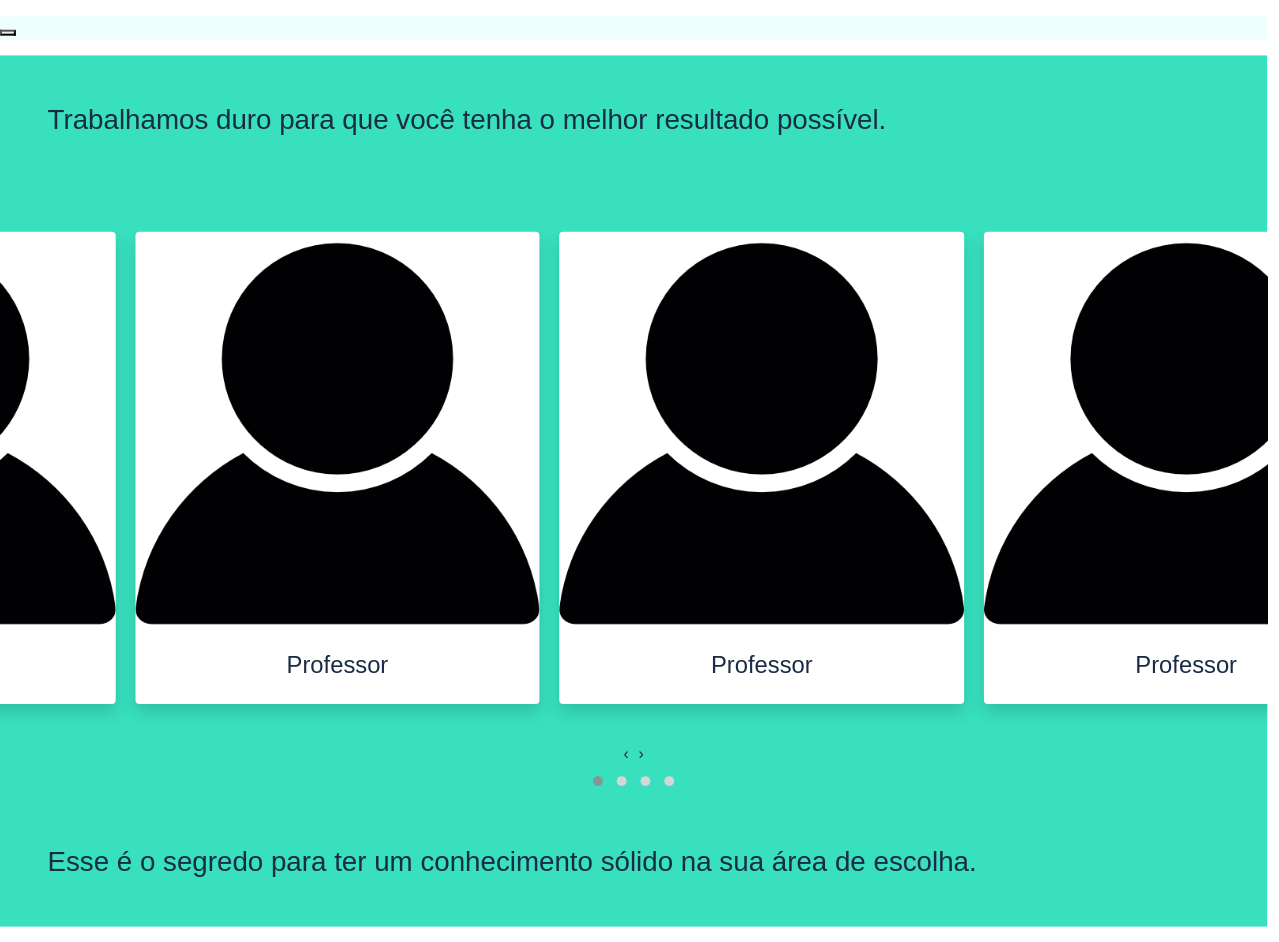
Repository: MarTech-Coders-Planejamento/site-oficial
Page: home.html
These files come from the project's save history. The page is drawn as it stood at one moment and after the next save; the edit follows.
The browser window is 1280 px wide. The page is 1292 px wide, so the pictures cover 1292 px, including what lies to the right of the window. The pictures show the whole page, at 99% of full size.
Some web fonts or font styles are not loaded; a fallback is used.

Above is the page before, as saved 2021-10-23 00:08:19.

After the next save:
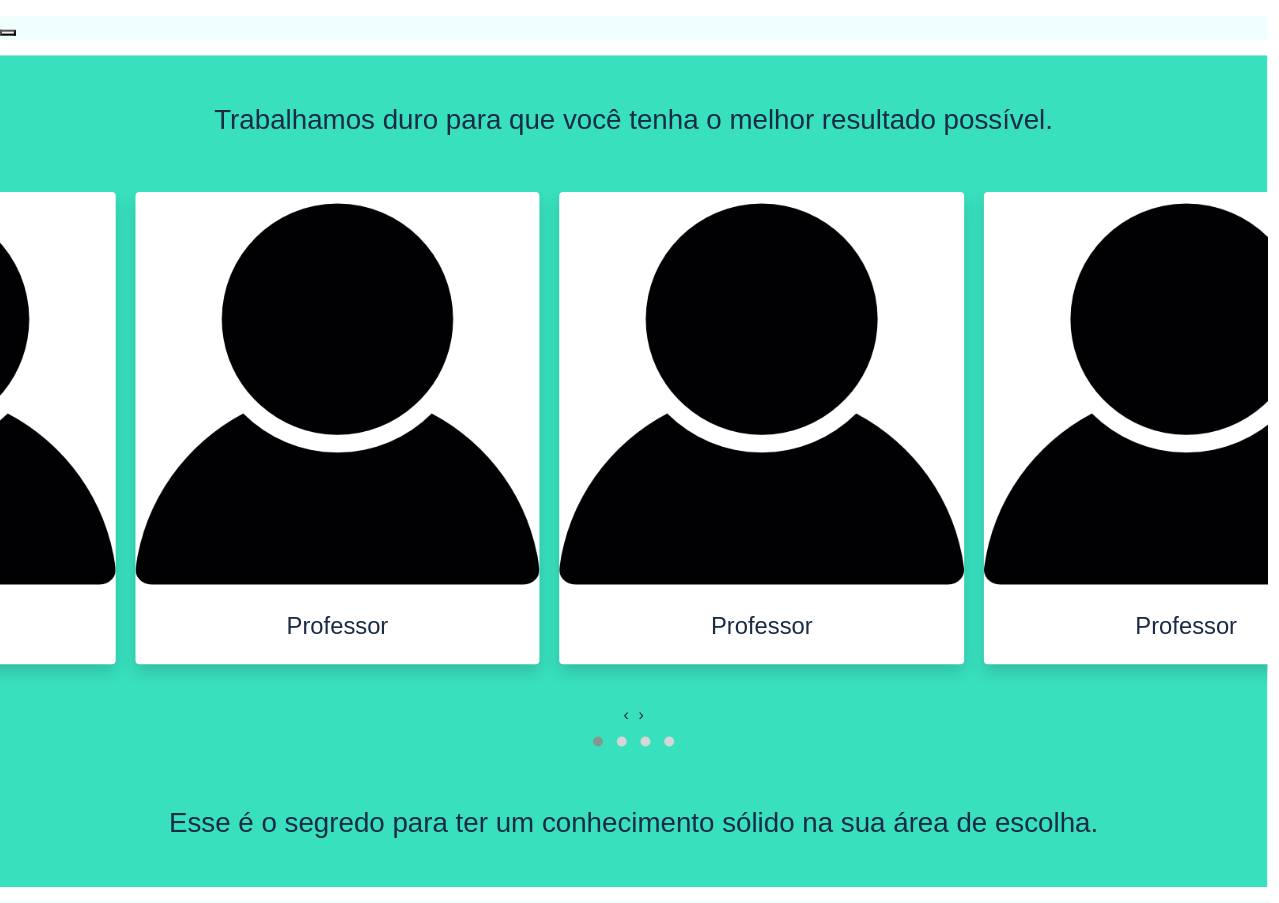
Saved 5 min 22 s later.
--- a/home.html
+++ b/home.html
@@ -70,10 +70,10 @@
         </section>
         <section class="bg-two">
           <!--dobra4-->
-          <p class='h3 p-5 '>
+          <p class='h3 p-5 text-center'>
             Trabalhamos duro para que você tenha o melhor resultado possível.
           </p>
-          <div class="row mt-5">
+          <div class="row justify-content-center">
             <div id='slider-container' class="col-12">
               <div class="owl-carousel owl-theme">
                 <div class="item mb-4">
@@ -200,7 +200,7 @@
               </div>
             </div>
           </div>
-          <p class='h3 p-5 '>
+          <p class='h3 p-5 text-center'>
             Esse é o segredo para ter um conhecimento sólido na sua área de
             escolha.
           </p>
